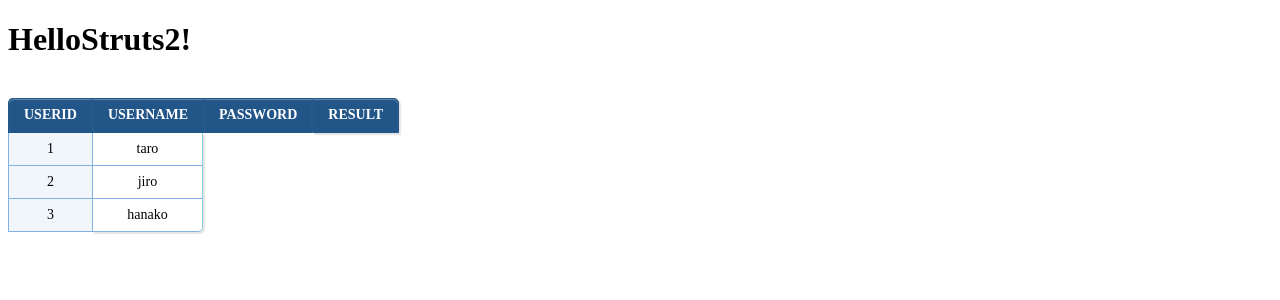
Repository: iuvfag/test
Page: http://localhost/WebProj4/HelloStrutsAction.action
The author's editor kept a copy of each file at every save. The page is drawn from the files as they stood at one save, then again after the next save.
The browser window is 1280 px wide. The pictures show the whole page.
The page is served by Tomcat 9. Other server files are loaded and not shown. The database holds what the project's SQL file puts in it.

Above is the page before, as saved 2018-06-29 01:17:07.

### WebProj4/WebContent/hello.jsp
<%@ page language="java" contentType="text/html; charset=UTF-8"
    pageEncoding="UTF-8"%>
<%@ taglib prefix="s" uri="/struts-tags" %>
<!DOCTYPE html>
<html>
	<head>
		<meta charset="UTF-8">
		<link rel="stylesheet" type="text/css" href=".css/style.css">
		<title>HelloStruts</title>
	</head>
	<body>

		<h1>HelloStruts2!</h1>
		<br>

		<table>
			<tbody>
				<tr>
					<th>USERID</th>
					<th>USERNAME</th>
					<th>PASSWORD</th>
					<th>RESULT</th>
				</tr>

			<s:iterator value="helloStrutsDTOList">
			<!-- Listの中身を一覧表示 -->

				<tr>
					<td><s:property value="userId" /></td>
					<td><s:property value="userName" /></td>



			</s:iterator>
			</tbody>
		</table>

	</body>
</html>

### WebProj4/src/com/internousdev/webproj4/dto/HelloStrutsDTO.java
package com.internousdev.webproj4.dto;

public class HelloStrutsDTO {

	private int userId;
	private String userName;
	private String password;
	private String result;

	public int getUserId(){
		return userId;
	}

	public void setUserId(int userId){
		this.userId = userId;
	}

	public String getUserName(){
		return userName;
	}

	public void setUserName(String userName){
		this.userName = userName;
	}

	public String getPassword(){
		return password;
	}

	public void setPassword(String password){
		this.password = password;
	}

	public String getResult(){
		return result;
	}

	public void setResult(String result){
		this.result = result;
	}


}

### WebProj4/src/com/internousdev/webproj4/dao/HelloStrutsDAO.java
package com.internousdev.webproj4.dao;

import java.sql.Connection;
import java.sql.PreparedStatement;
import java.sql.ResultSet;
import java.sql.SQLException;
import java.util.ArrayList;
import java.util.List;

import com.internousdev.webproj4.dto.HelloStrutsDTO;
import com.internousdev.webproj4.util.DBConnector;

public class HelloStrutsDAO {

	List<HelloStrutsDTO> helloStrutsDTOList = new ArrayList<HelloStrutsDTO>();

	public List<HelloStrutsDTO> sselect(){
		/**
		 * HelloStrutsDTO型のListを宣言する
		 */

		DBConnector db = new DBConnector();
		Connection con = db.getConnection();

		String sql = "select * from users";

		try{
			PreparedStatement ps = con.prepareStatement(sql);
			ResultSet rs = ps.executeQuery();

			while(rs.next()){
				HelloStrutsDTO dto = new HelloStrutsDTO();
				dto.setUserId(rs.getInt("user_id"));
				dto.setUserName(rs.getString("user_name"));
				dto.setPassword(rs.getString("password"));
				dto.setResult("MySQLと接続できます。");
				helloStrutsDTOList.add(dto);

			}

		}catch(SQLException e ){
			e.printStackTrace();
		}
		try{
			con.close();
		}catch(SQLException e ){
			e.printStackTrace();
		}
		return helloStrutsDTOList;


	}



}

### WebProj4/src/com/internousdev/webproj4/util/DBConnector.java
package com.internousdev.webproj4.util;

import java.sql.Connection;
import java.sql.DriverManager;
import java.sql.SQLException;

public class DBConnector {
	/**
	 * JDBCドライバー名
	 */
	private static String driverName = "com.mysql.jdbc.Driver";
	/**
	 * データベース接続URL
	 */
	private static String url = "jdbc:mysql://localhost/testdb";
	/**
	 * データベース接続ユーザ名
	 */
	private static String user = "root";
	/**
	 * データベース接続パスワード
	 */
	private static String password = "mysql";

	public Connection getConnection(){
		Connection con = null;

		try{
			Class.forName(driverName);
			con = DriverManager.getConnection(url,user,password);
		}catch(ClassNotFoundException e){
			e.printStackTrace();
		}catch(SQLException e ){
			e.printStackTrace();
		}
		return con;
	}

}

### WebProj4/WebContent/css/style.css
table {
	width: auto;
	border-spacing: 0;
	font-size: 14px;
}

table th{
	color:#fff;
	padding: 8px 15px;
	background:#258;
	background: -moz-linear-gradient(rgba(34,85,136,0.7),rgba(34,85,136,0.9) 50%);
	/* 2偮傑偨偼偦傟埲忋偺怓偺娫偱僌儔僨乕僔儑儞傪巜掕偡傞僐乕僪 */
	/* rgba偼怓傪巜掕偟偮偮攚宨偺傒傪摟夁偝偣傞 */
	background: -webkit-gradient(linear,100% 50%, from(rgba(34,85,136,0.7)), to(rgba(34,85,136,0.9)));
	/* 2偮傑偨偼偦傟埲忋偺怓偺娫偱僌儔僨乕僔儑儞傪巜掕偡傞僐乕僪
	moz-偼mozilla宯偺僽儔僂僓傪丄webkit-偼webkit宯偺僽儔僂僓傪巜掕 */
	font-weight:bold;
	border-left:1px solid #258;
	border-top:1px solid #258;
	border-bottom:1px solid #258;
	line-height: 120%;
	text-align: center;
	text-shadow:0 -1px 0 rgba(34,85,136,0.9);
	box-shadow: 0px 1px 1px rgba(255,255,255,0.3) inset;

}

table th:first-child{
	border-radius: 5px 0 0 0;
}

table th:last-child{
	border-radius:0 5px 0 0;
	border-right:1px solid #258;
	box-shadow: 2px 2px 1px rgba(0,0,0,0.1),0px 1px 1px rgba(255,255,255,0.3) inset;
}

table tr td{
	padding: 8px 15px;
	border-bottom: 1px solid #84b2e0;
	border-left: 1px solid #84b2e0;
	text-align: center;
}

table tr td:last-child{
	border-right: 1px solid #84d2e0;
	box-shadow: 2px 2px 1px rgba(0,0,0,0.1);
}

table tr{
	background: #fff;
}

table tr td:nth-child(2n-1){
	background:#f1f6fc;
}

table tr:last-child td:last-child{
	border-radius:0 0 5px 0;
}

table tr:hover{
	background: #bbd4ee;
	cursor:pointer;
	/* 儅僂僗偺僇乕僜儖傪巜掕偡傞応崌偵巊梡 */
}

### WebProj4/sql/testdb.sql (the tables this page reads)
create table users(
	user_id int primary key auto_increment,
	user_name varchar(255),
	password varchar(255)
);

insert into users values(1,"taro","123");

insert into users values(2,"jiro","456");

insert into users values(3,"hanako","789");

After the next save:
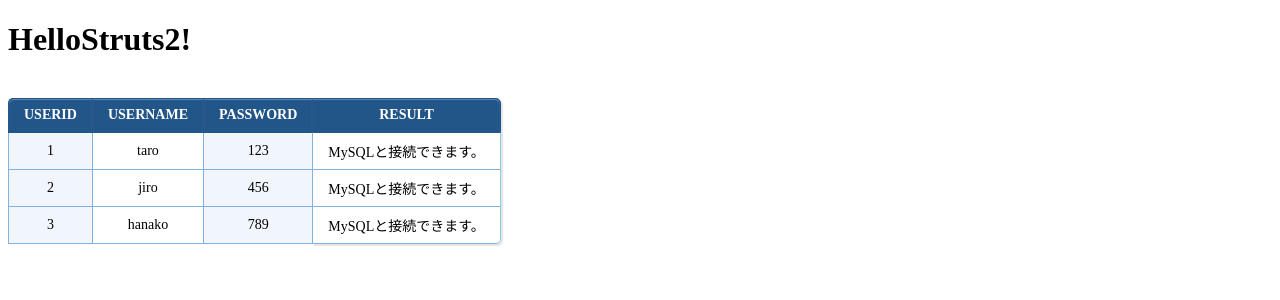
Saved 88 s later.
--- a/WebProj4/WebContent/hello.jsp
+++ b/WebProj4/WebContent/hello.jsp
@@ -28,9 +28,9 @@
 				<tr>
 					<td><s:property value="userId" /></td>
 					<td><s:property value="userName" /></td>
-
-
-
+					<td><s:property value="password" /></td>
+					<td><s:property value="result" /></td>
+				</tr>
 			</s:iterator>
 			</tbody>
 		</table>
